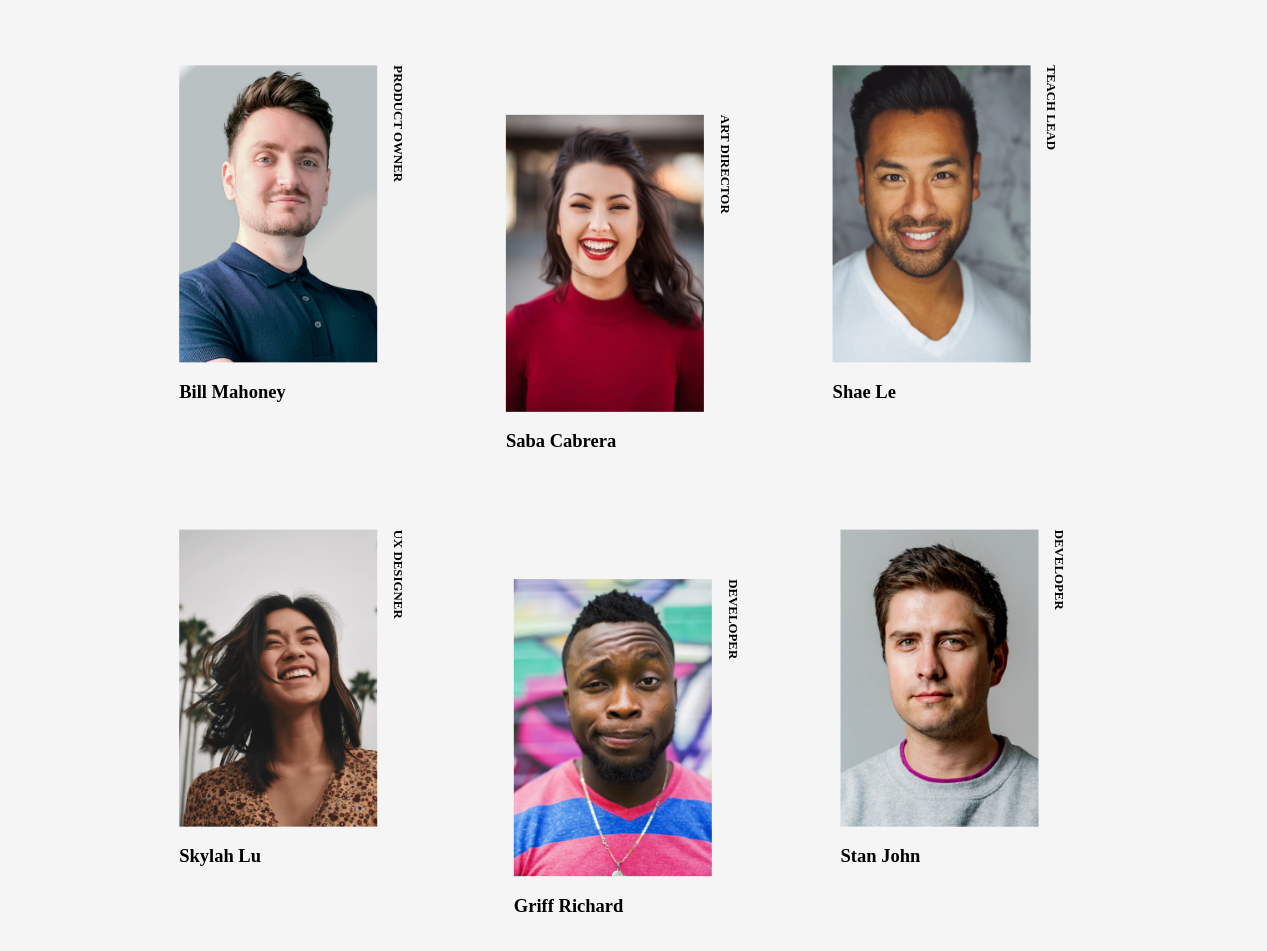
Repository: georgisenze/my-team-page-challeng
Page: index.html
An editor plug-in stored every save of this project. The page is shown before and after the next save, followed by the edit.
The browser window is 1280 px wide. The pictures show the whole page, at 99% of full size.

Above is the page before, as saved 2023-02-22 22:30:31.

### index.html
<!DOCTYPE html>
<html lang="en">
<head>
    <meta charset="UTF-8">
    <meta http-equiv="X-UA-Compatible" content="IE=edge">
    <meta name="viewport" content="width=device-width, initial-scale=1.0">
    <title>My team page</title>

    <link rel="stylesheet" href="assets/css/style.css">
</head>
<body>
     <div class="container" id="container">
        <div class="box">
            <span>
                <img src="assets/img/photo1.png" alt="">
                <p>Product owner</p>
            </span>
            <h3>Bill Mahoney</h3>
        </div>
        <div class="box-centre">
            <span>
                <img src="assets/img/photo2.png" alt="">
                <p>Art Director</p>
            </span>
            <h3>Saba Cabrera</h3>
        </div>
        <div class="box">
            <span>
                <img src="assets/img/photo3.png" alt="">
                <p>Teach Lead</p>
            </span>
            <h3>Shae Le</h3>
        </div>
        <div class="box">
            <span>
                <img src="assets/img/photo4.png" alt="">
                <p>UX Designer</p>
            </span>
            <h3>Skylah Lu</h3>
        </div>
        <div class="box-centre">
            <span>
                <img src="assets/img/photo5.png" alt="">
                <p>Developer</p>
            </span>
            <h3>Griff Richard</h3>
        </div>
        <div class="box">
            <span>
                <img src="assets/img/photo6.png" alt="">
                <p>Developer</p>
            </span>
            <h3>Stan John</h3>
        </div>
      </div>
</body>
</html>

### assets/css/style.css
  body{
    margin: 0;
    padding: 0;
    background-color: whitesmoke;
  }

  .container {
    writing-mode: horizontal-tb;
    display: grid;
    justify-content: center;
    justify-items: center;
    align-items: center;
    align-content: center;
    grid-template-columns: 320px 320px 320px;
    /* grid-template-rows: repeat(2,minmax(100px, auto)); */
    grid-auto-flow: row;
    gap: 10px;
    padding: 1em;
  }

  .box-centre{
    padding-top: 100px;
  }

  img {
    width: 200px;
    height: 300px;
  }

  span{
    display: flex;
  }

  span p {
    writing-mode: vertical-rl;
    text-orientation: mixed;
    font-weight: bold;
    font-size: small;
    text-transform: uppercase;
  }

  label {
    --flow-space: 1rem;
    display: grid;
    grid-template-columns: 180px min-content;
    gap: 0.2rem;
  }

After the next save:
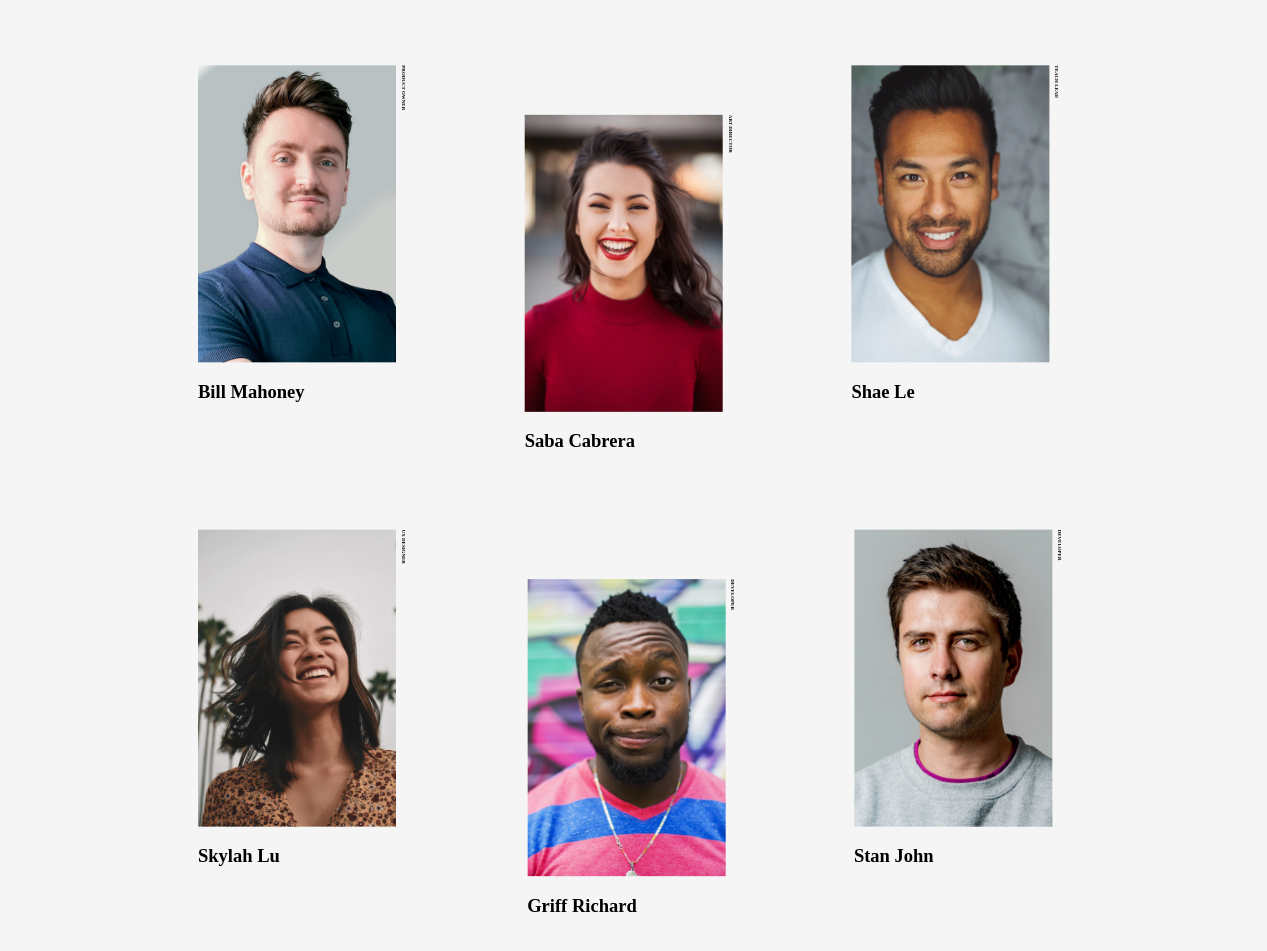
Saved 9 s later.
--- a/assets/css/style.css
+++ b/assets/css/style.css
@@ -35,7 +35,7 @@
     writing-mode: vertical-rl;
     text-orientation: mixed;
     font-weight: bold;
-    font-size: small;
+    font-size: 5px;
     text-transform: uppercase;
   }
 
